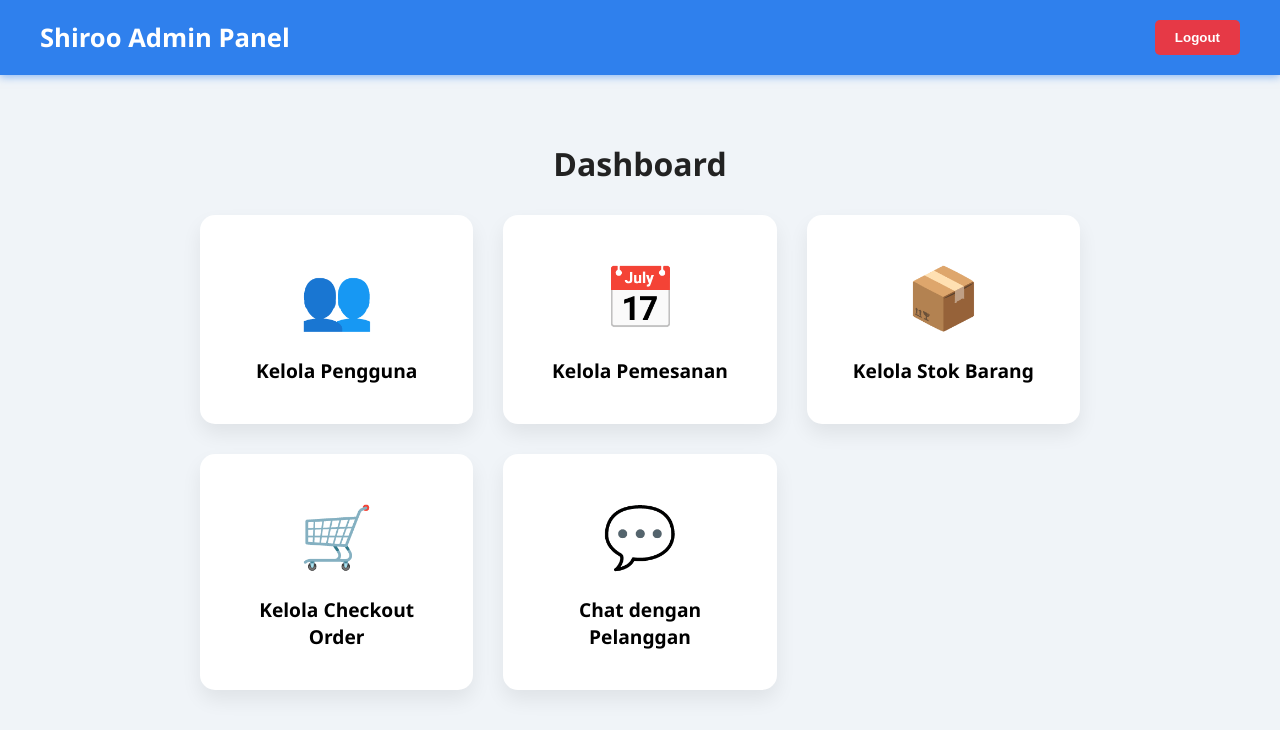
Repository: Senicccc/Shiroo-Pet-Store-Web-App
Page: http://localhost/admin/dashboard.php
These files come from the project's save history. The page is drawn as it stood at one moment and after the next save; the edit follows.
The browser window is 1280 px wide. The pictures show the whole page.
The page is run by PHP 8.4 with error messages shown; the project is at /var/www/html/. The session is filled in as if someone had signed in: {"admin_id": 3}. The database holds what the project's SQL file puts in it.

Above is the page before, as saved 2025-05-31 11:48:14.

After the next save:
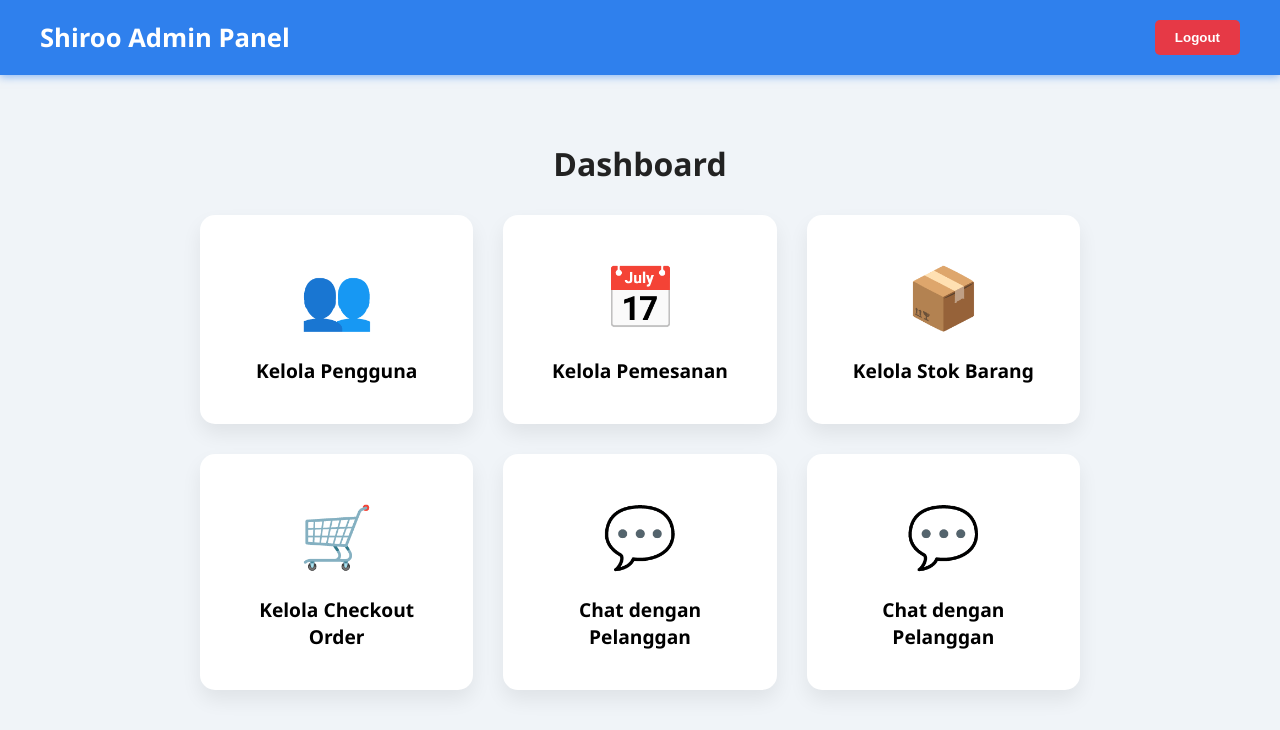
Saved 5 s later.
--- a/admin/dashboard.php
+++ b/admin/dashboard.php
@@ -60,6 +60,10 @@ $username = $admin ? $admin['username'] : "Admin";
                 <div class="card-icon">💬</div>
                 Chat dengan Pelanggan
             </a>
+            <a href="chat-customers.php" class="card" title="Chat dengan Pelanggan">
+                <div class="card-icon">💬</div>
+                Chat dengan Pelanggan
+            </a>
         </div>
     </main>
 </body>
